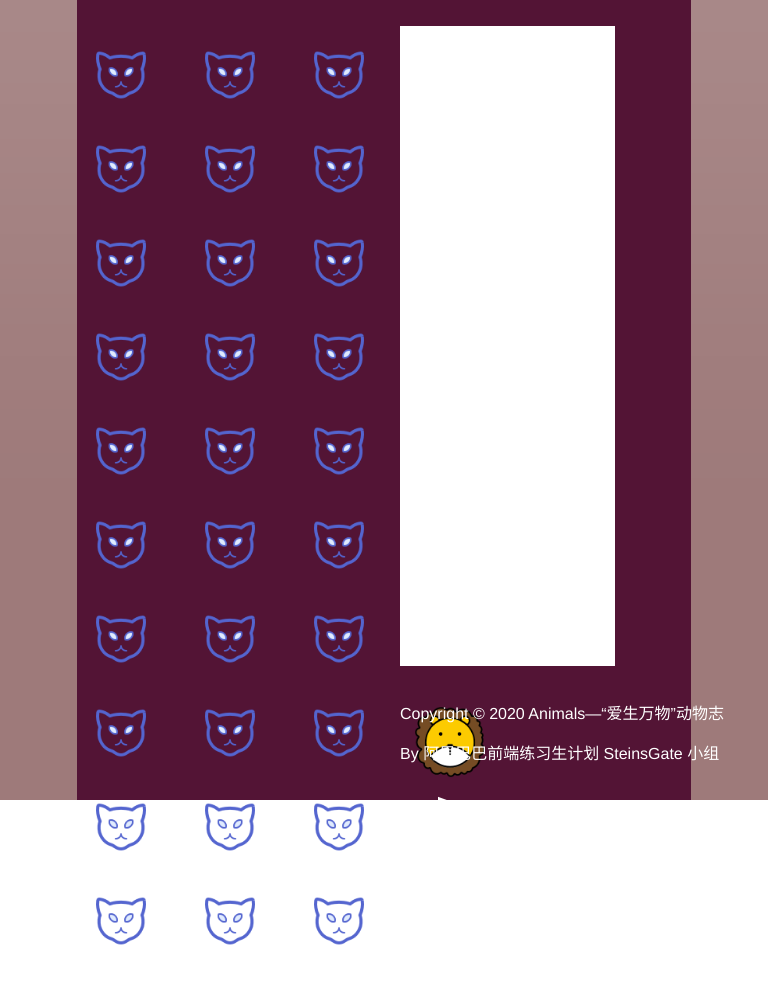
Repository: Whiskeyi/Animals
Page: /
An editor plug-in stored every save of this project. The page is shown before and after the next save, followed by the edit.
The browser window is 768 px wide. The pictures show the whole page.
The project was rebuilt for these pictures with package versions that can differ from the ones it lists, and the page was loaded fresh each time.

Above is the page before, as saved 2021-11-15 22:48:05.

### public/index.html
<!DOCTYPE html>
<html lang="en">
  <head>
    <meta charset="utf-8">
    <meta http-equiv="X-UA-Compatible" content="IE=edge">
    <meta name="viewport" content="width=device-width,initial-scale=1.0">
    <link rel="icon" href="<%= BASE_URL %>favicon.ico">
    <title>Animals</title>
  </head>
  <body>
    <noscript>
      <strong>We're sorry but animals doesn't work properly without JavaScript enabled. Please enable it to continue.</strong>
    </noscript>
    <div id="app"></div>
    <!-- built files will be auto injected -->
  </body>
</html>

### src/main.js
import Vue from 'vue'
import App from './App.vue'
import router from './router'
import store from './store'
import './plugins/element.js' // 引入element-ui

Vue.config.productionTip = false

new Vue({
  router,
  store,
  render: h => h(App)
}).$mount('#app')

### src/App.vue
<template>
  <div id="app">
    <!-- 入口 -->
    <router-view/>
  </div>
</template>

<style lang="scss">
#app {
  font-family: 'Avenir', Helvetica, Arial, sans-serif;
  -webkit-font-smoothing: antialiased;
  -moz-osx-font-smoothing: grayscale;
}

html, body {  // 去除白边
    width: 100%;
    height: 100%;
    margin: 0;
    padding: 0;
    position: relative;
}
</style>

### src/router.js
// 路由
import Vue from 'vue'
import Router from 'vue-router'
import Home from './views/Home.vue'

Vue.use(Router)

export default new Router({
  mode: 'history',
  base: process.env.BASE_URL,
  routes: [
    {
      path: '/',
      name: 'home',
      component: Home
    }
  ]
})

### src/plugins/element.js
// 引入element-ui
import Vue from 'vue'

import ElementUI from 'element-ui';
import 'element-ui/lib/theme-chalk/index.css';

Vue.use(ElementUI);

### src/views/Home.vue
<template>
  <div id="home">
    <!-- 背景+光泽效果 -->
    <div class="bg">
      <Gloss></Gloss>
    </div>
    <!-- 页面容器 -->
    <div class="container">
      <!-- 左侧展示模块 -->
      <div id="leftContainer">
        <LeftMain></LeftMain>
      </div>
      <!-- 右侧展示模块 -->
      <div id="rightContainer">
        <!-- 输出信息 -->
          <Info></Info>
          <!-- 右侧标题 -->
          <RightHead></RightHead>
          <!-- 尾部 -->
          <Footer></Footer>
      </div>
    </div>
  </div>
</template>

<script>
// @ is an alias to /src
// 组件引入
import Gloss from '@/components/Gloss'
import Footer from '@/components/Footer'
import Info from '@/components/Info'
import RightHead from '@/components/right-head'
import LeftMain from '@/components/left-main'

export default {
  name: 'home',
  components: {
    Gloss,Footer,Info,RightHead,LeftMain
  }
}
</script>

<style lang="scss" scoped>
.home {
  // 浏览器滚动条隐藏
}
.bg {
  height: 100%;
  width: 100%;
  background-color:rgb(158, 122, 122);
  position: fixed;
  transition: background-color 2s ease-in; // 背景颜色2S过渡
  filter: blur(0.5px); // 背景高斯模糊
  // z-index: -9; //暂时注释,影响调试
}
#leftContainer {
  position: absolute;
  left: 10%;
  width: 40%;
  height: 100%;
  margin: 0 auto;
  background-color: #531435;
}
#rightContainer {
  position: fixed;
  right: 10%;
  width: 40%;
  height: 100%;
  margin: 0 auto;
  background-color: #531435;
}
</style>

### src/components/Gloss/index.vue
<template>
<!-- 实现光泽效果,丰富背景颜色 -->
<div id="gloss"></div>
</template>

<script>
export default {

}
</script>

<style lang="scss" scoped>
#gloss {
    position: fixed;
    width: 100%;
    height: 478px;
    background: url('../../assets/gloss.png') repeat-x;
    // z-index: -8;  //暂时注释,影响调试
}
</style>

### src/components/Footer/index.vue
<template>
  <div class="footerContainer">
      <p>Copyright © 2020 Animals—“爱生万物”动物志</p>
      <p>By 阿里巴巴前端练习生计划 SteinsGate 小组</p>
  </div>
</template>

<script>
export default {

}
</script>

<style lang="scss" scoped>
.footerContainer {
    position: fixed;
    bottom: 0;
    font-size: 1rem;
    color:#fff;
    margin:0 0 20px 16px;
}
</style>

### src/components/Info/index.vue
<template>
  <div class="infoContainer">
  </div>
</template>

<script>
export default {

}
</script>

<style lang="scss" scoped>
.infoContainer {
    float: left;
    z-index: 10000;
    width: 70%;
    height: 80%;
    margin: 26px 0 0 16px;
    background-color: #fff;
}
.infoContainer logo {
    position: absolute;
}
</style>

### src/components/right-head/index.vue
<template>
  <div class="rightHeadContainer">
      <el-image class="logo" alt="logo" :src="require('@/icons/index.png')"></el-image>
      <h1 class="vertical">Animals——爱生万物</h1>
  </div>
</template>

<script>
export default {

}
</script>

<style lang="scss" scoped>
.rightHeadContainer {
    float: left;
    height: 400px;
    width: 100px;
    margin: 26px 0 0 16px;
}
.vertical {
    writing-mode: vertical-lr;
    padding-left: 5px;
    color: #fff;
}
</style>

### src/components/left-main/index.vue
<template>
  <div class="leftContainer">
    <el-row :gutter="20" type="flex" justify="center">
      <el-col :span="8">
        <el-image class="logo" alt="logo" :src="require('@/icons//animals/cat.png')"></el-image>
      </el-col>
      <el-col :span="8">
        <el-image class="logo" alt="logo" :src="require('@/icons//animals/cat.png')"></el-image>
      </el-col>
      <el-col :span="8">
        <el-image class="logo" alt="logo" :src="require('@/icons//animals/cat.png')"></el-image>
      </el-col>
    </el-row>
    <el-row :gutter="20" type="flex" justify="center">
      <el-col :span="8">
        <el-image class="logo" alt="logo" :src="require('@/icons//animals/cat.png')"></el-image>
      </el-col>
      <el-col :span="8">
        <el-image class="logo" alt="logo" :src="require('@/icons//animals/cat.png')"></el-image>
      </el-col>
      <el-col :span="8">
        <el-image class="logo" alt="logo" :src="require('@/icons//animals/cat.png')"></el-image>
      </el-col>
    </el-row>
    <el-row :gutter="20" type="flex" justify="center">
      <el-col :span="8">
        <el-image class="logo" alt="logo" :src="require('@/icons//animals/cat.png')"></el-image>
      </el-col>
      <el-col :span="8">
        <el-image class="logo" alt="logo" :src="require('@/icons//animals/cat.png')"></el-image>
      </el-col>
      <el-col :span="8">
        <el-image class="logo" alt="logo" :src="require('@/icons//animals/cat.png')"></el-image>
      </el-col>
    </el-row>
    <el-row :gutter="20" type="flex" justify="center">
      <el-col :span="8">
        <el-image class="logo" alt="logo" :src="require('@/icons//animals/cat.png')"></el-image>
      </el-col>
      <el-col :span="8">
        <el-image class="logo" alt="logo" :src="require('@/icons//animals/cat.png')"></el-image>
      </el-col>
      <el-col :span="8">
        <el-image class="logo" alt="logo" :src="require('@/icons//animals/cat.png')"></el-image>
      </el-col>
    </el-row>
    <el-row :gutter="20" type="flex" justify="center">
      <el-col :span="8">
        <el-image class="logo" alt="logo" :src="require('@/icons//animals/cat.png')"></el-image>
      </el-col>
      <el-col :span="8">
        <el-image class="logo" alt="logo" :src="require('@/icons//animals/cat.png')"></el-image>
      </el-col>
      <el-col :span="8">
        <el-image class="logo" alt="logo" :src="require('@/icons//animals/cat.png')"></el-image>
      </el-col>
    </el-row>
    <el-row :gutter="20" type="flex" justify="center">
      <el-col :span="8">
        <el-image class="logo" alt="logo" :src="require('@/icons//animals/cat.png')"></el-image>
      </el-col>
      <el-col :span="8">
        <el-image class="logo" alt="logo" :src="require('@/icons//animals/cat.png')"></el-image>
      </el-col>
      <el-col :span="8">
        <el-image class="logo" alt="logo" :src="require('@/icons//animals/cat.png')"></el-image>
      </el-col>
    </el-row>
    <el-row :gutter="20" type="flex" justify="center">
      <el-col :span="8">
        <el-image class="logo" alt="logo" :src="require('@/icons//animals/cat.png')"></el-image>
      </el-col>
      <el-col :span="8">
        <el-image class="logo" alt="logo" :src="require('@/icons//animals/cat.png')"></el-image>
      </el-col>
      <el-col :span="8">
        <el-image class="logo" alt="logo" :src="require('@/icons//animals/cat.png')"></el-image>
      </el-col>
    </el-row>
    <el-row :gutter="20" type="flex" justify="center">
      <el-col :span="8">
        <el-image class="logo" alt="logo" :src="require('@/icons//animals/cat.png')"></el-image>
      </el-col>
      <el-col :span="8">
        <el-image class="logo" alt="logo" :src="require('@/icons//animals/cat.png')"></el-image>
      </el-col>
      <el-col :span="8">
        <el-image class="logo" alt="logo" :src="require('@/icons//animals/cat.png')"></el-image>
      </el-col>
    </el-row>
    <el-row :gutter="20" type="flex" justify="center">
      <el-col :span="8">
        <el-image class="logo" alt="logo" :src="require('@/icons//animals/cat.png')"></el-image>
      </el-col>
      <el-col :span="8">
        <el-image class="logo" alt="logo" :src="require('@/icons//animals/cat.png')"></el-image>
      </el-col>
      <el-col :span="8">
        <el-image class="logo" alt="logo" :src="require('@/icons//animals/cat.png')"></el-image>
      </el-col>
    </el-row>
    <el-row :gutter="20" type="flex" justify="center">
      <el-col :span="8">
        <el-image class="logo" alt="logo" :src="require('@/icons//animals/cat.png')"></el-image>
      </el-col>
      <el-col :span="8">
        <el-image class="logo" alt="logo" :src="require('@/icons//animals/cat.png')"></el-image>
      </el-col>
      <el-col :span="8">
        <el-image class="logo" alt="logo" :src="require('@/icons//animals/cat.png')"></el-image>
      </el-col>
    </el-row>
  </div>
</template>

<script>
export default {

}
</script>

<style lang="scss" scoped>
.leftContainer {
  padding: 30px 0;
  width: 100%;
  text-align: center;
}
.leftContainer .logo {
  width: 100px;
  height: 100px;
  padding: 20px 0;
}
 @media screen and (max-width: 1024px) { // 屏幕小于768px样式
  .leftContainer .logo {
    height: 50px;
    width: 50px;
    padding: 20px 0;
  }
 }
</style>

Loaded but not shown: src/store.js (common file)

After the next save:
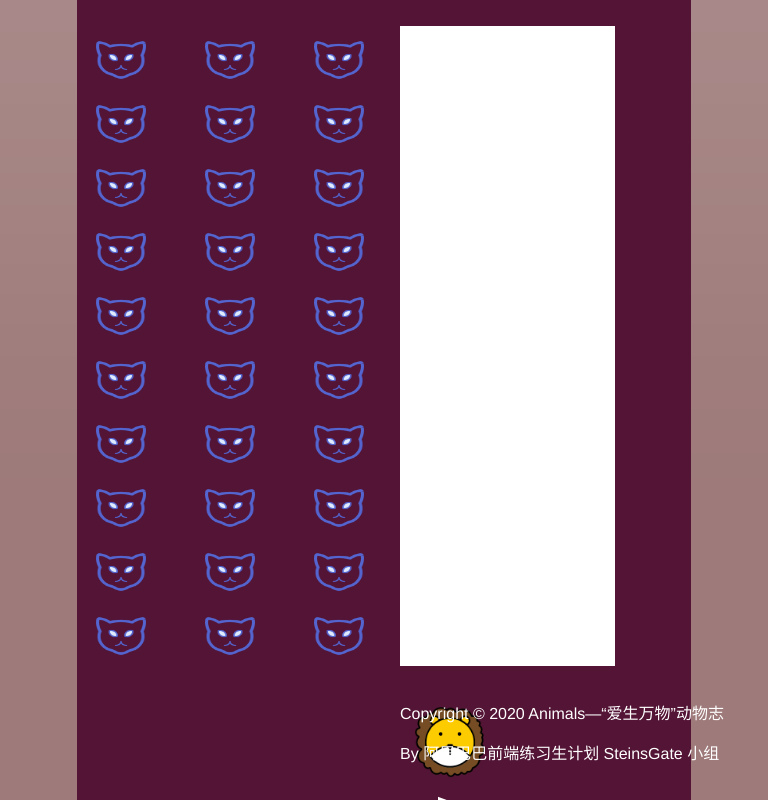
Saved 4 s later.
--- a/src/components/left-main/index.vue
+++ b/src/components/left-main/index.vue
@@ -130,11 +130,11 @@ export default {
   height: 100px;
   padding: 20px 0;
 }
- @media screen and (max-width: 1024px) { // 屏幕小于768px样式
+ @media screen and (max-width: 768px) { // 屏幕小于768px样式
   .leftContainer .logo {
-    height: 50px;
+    height: 40px;
     width: 50px;
-    padding: 20px 0;
+    padding: 10px 0;
   }
  }
 </style>
